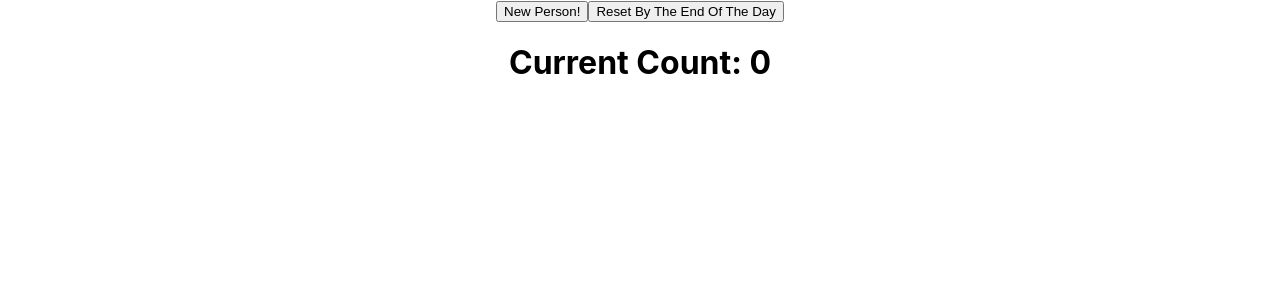
Repository: s-galvez19/quiz2CounterOfGallery
Page: /
An editor plug-in stored every save of this project. The page is shown before and after the next save, followed by the edit.
The browser window is 1280 px wide. The pictures show the whole page.
The project was rebuilt for these pictures with package versions that can differ from the ones it lists, and the page was loaded fresh each time.

Above is the page before, as saved 2019-03-07 18:54:10.

### src/App.js
import React, { Component } from 'react';
import './App.css';

class App extends Component {
  render() {
    return (
      <div className="App">
        <Counter />
      </div>
    );
  }
}

class Counter extends React.Component {
  constructor(props) {
    super(props);
    this.state = {
      count: 0
    };

    this.increment = this.increment.bind(this)
    this.reset = this.reset.bind(this)
  }

  increment() {
    this.setState({
      count: this.state.count + 1
    })
    alert('Welcome to the popular art gallery!');

    return false;
  }


  reset() {
    this.setState({
      count: 0
    })
    alert('Are you sure the reset the counter back to zero at the end of the day?');

    return false;
  }

  render() {
    return (
      <div>
        <button className='inc' onClick={this.increment}>New Person!</button>
        <button className='reset' onClick={this.reset}>Reset By The End Of The Day</button>
        <h1>Current Count: {this.state.count}</h1>
      </div>
    );
  }
};

export default App;

Loaded but not shown: public/index.html (common file); src/index.js (common file); src/index.css (common file); src/serviceWorker.js (common file); src/App.css (common file)

After the next save:
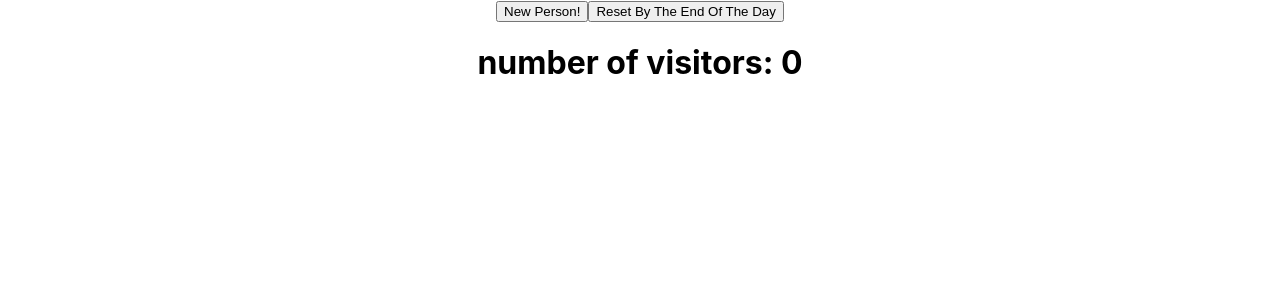
Saved 65 s later.
--- a/src/App.js
+++ b/src/App.js
@@ -46,7 +46,7 @@ class Counter extends React.Component {
       <div>
         <button className='inc' onClick={this.increment}>New Person!</button>
         <button className='reset' onClick={this.reset}>Reset By The End Of The Day</button>
-        <h1>Current Count: {this.state.count}</h1>
+        <h1>number of visitors: {this.state.count}</h1>
       </div>
     );
   }
